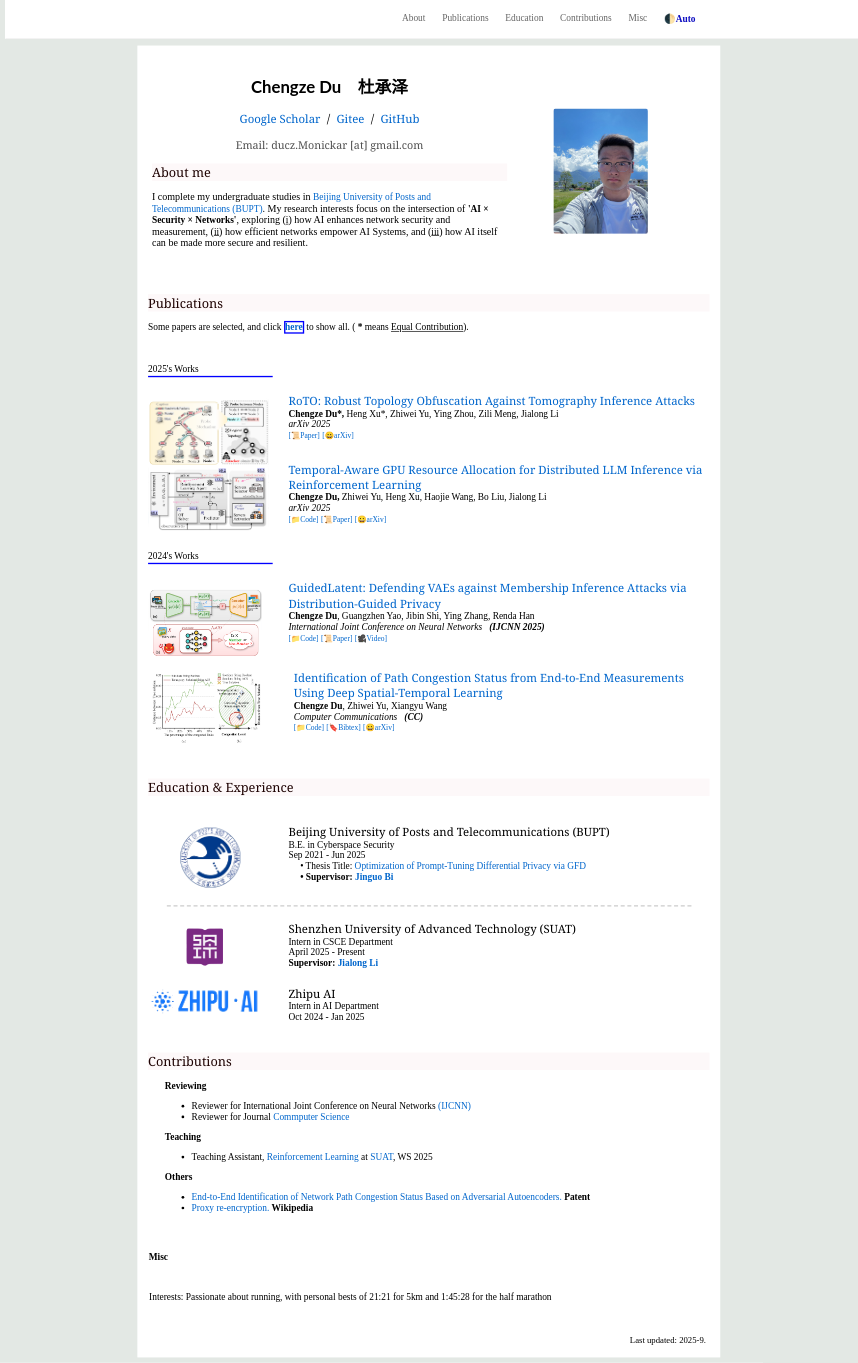
Repository: Monickar/Monickar.github.io
Page: index.html
These files come from the project's save history. The page is drawn as it stood at one moment and after the next save; the edit follows.
The browser window is 1280 px wide. The pictures show the whole page, at 67% of full size.

Above is the page before, as saved 2025-10-28 18:57:25.

After the next save:
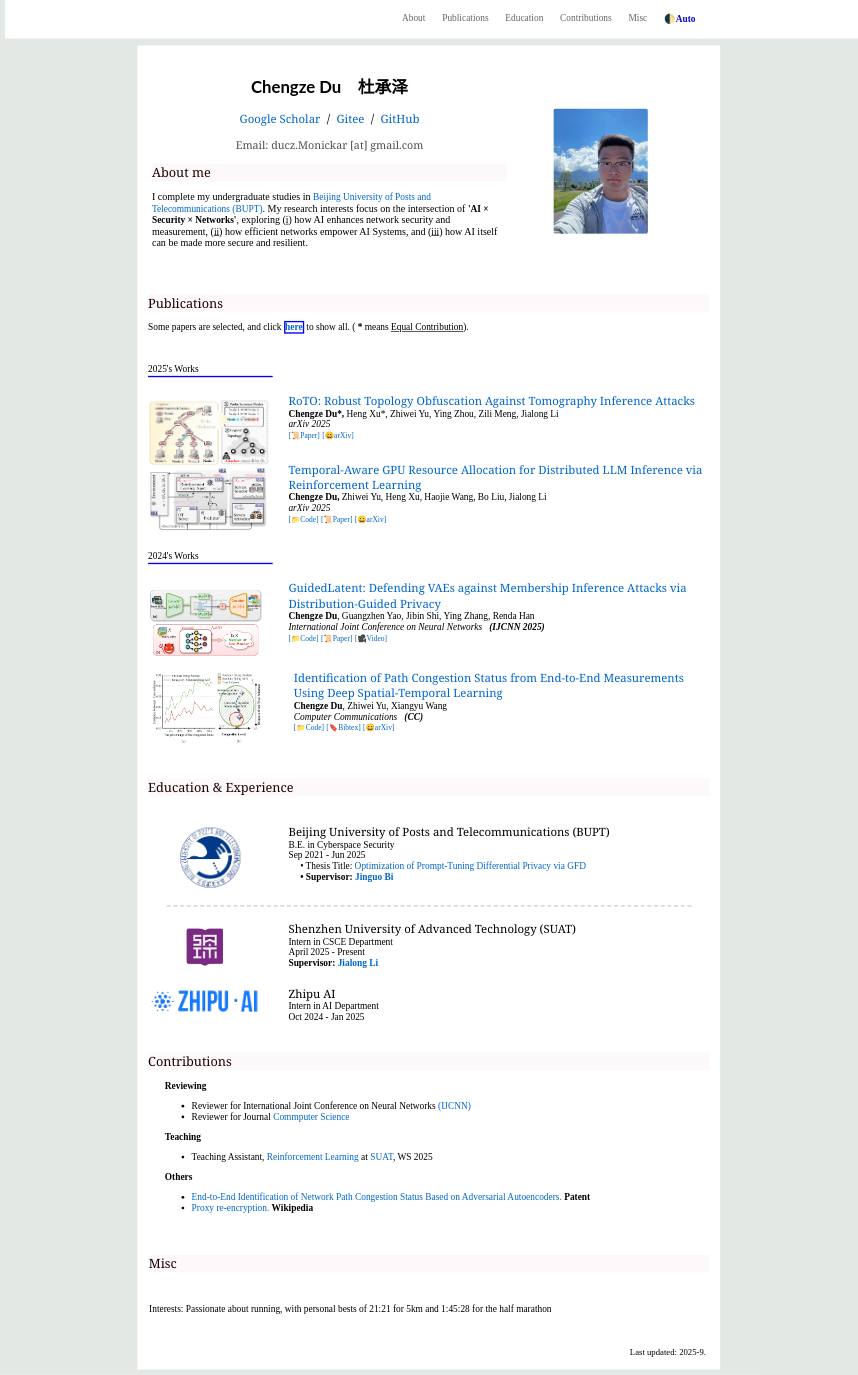
Saved 12 s later.
--- a/index.html
+++ b/index.html
@@ -341,7 +341,7 @@
 		<table style="width:100%; margin:0 auto; border:0; border-spacing:0; padding:16px;"><tbody>
             <tr>
               <td>
-                <h2 >Misc</h2>
+                <h2 class="subtitle">Misc</h2>
               </td>
             </tr>
           </tbody></table>
